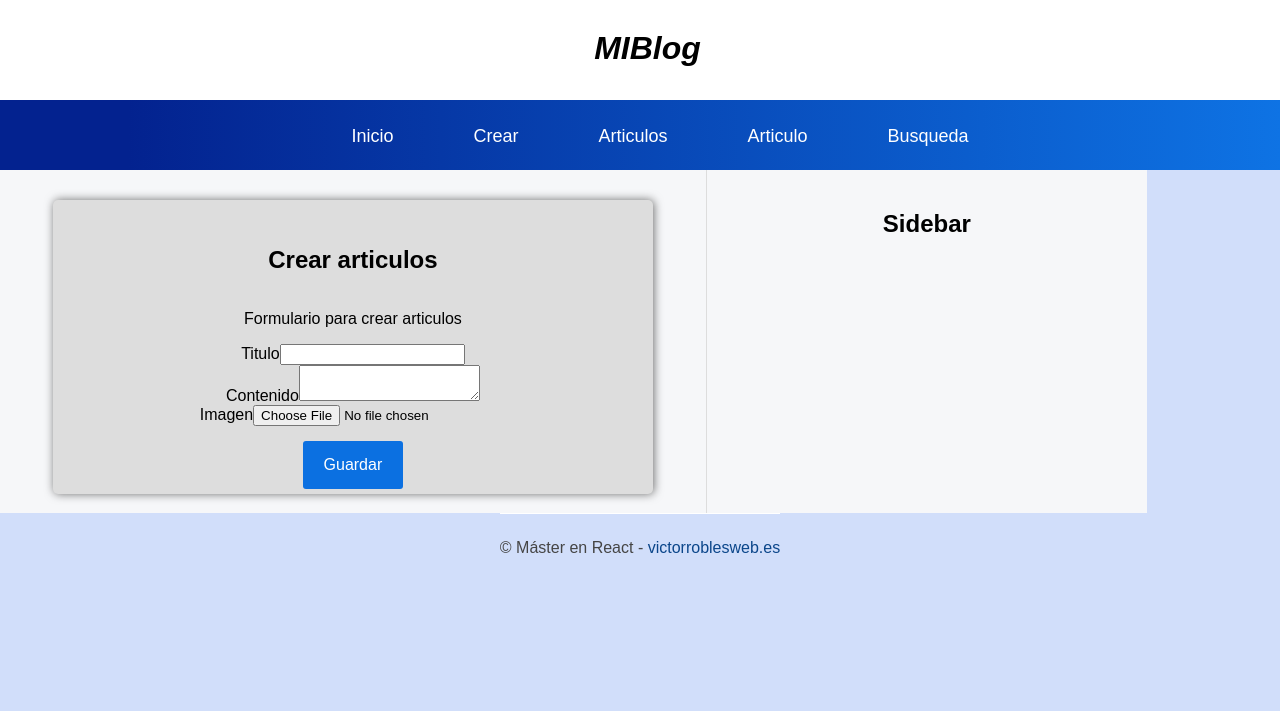
Repository: DamianBermudez94/frondEnd-blog
Page: /crear
The author's editor kept a copy of each file at every save. The page is drawn from the files as they stood at one save, then again after the next save.
The browser window is 1280 px wide. The pictures show the whole page.
The project was rebuilt for these pictures with package versions that can differ from the ones it lists, and the page was loaded fresh each time. Also part of the build but not shown: vite.config.js, src/components/pages/Inicio.jsx, src/components/pages/Busqueda.jsx, src/helper/Global.jsx, src/helper/Peticion.jsx, src/components/pages/Listado.jsx, src/components/pages/Articulos.jsx, src/components/pages/Articulo.jsx.

Above is the page before, as saved 2023-08-14 19:17:49.

After the next save:
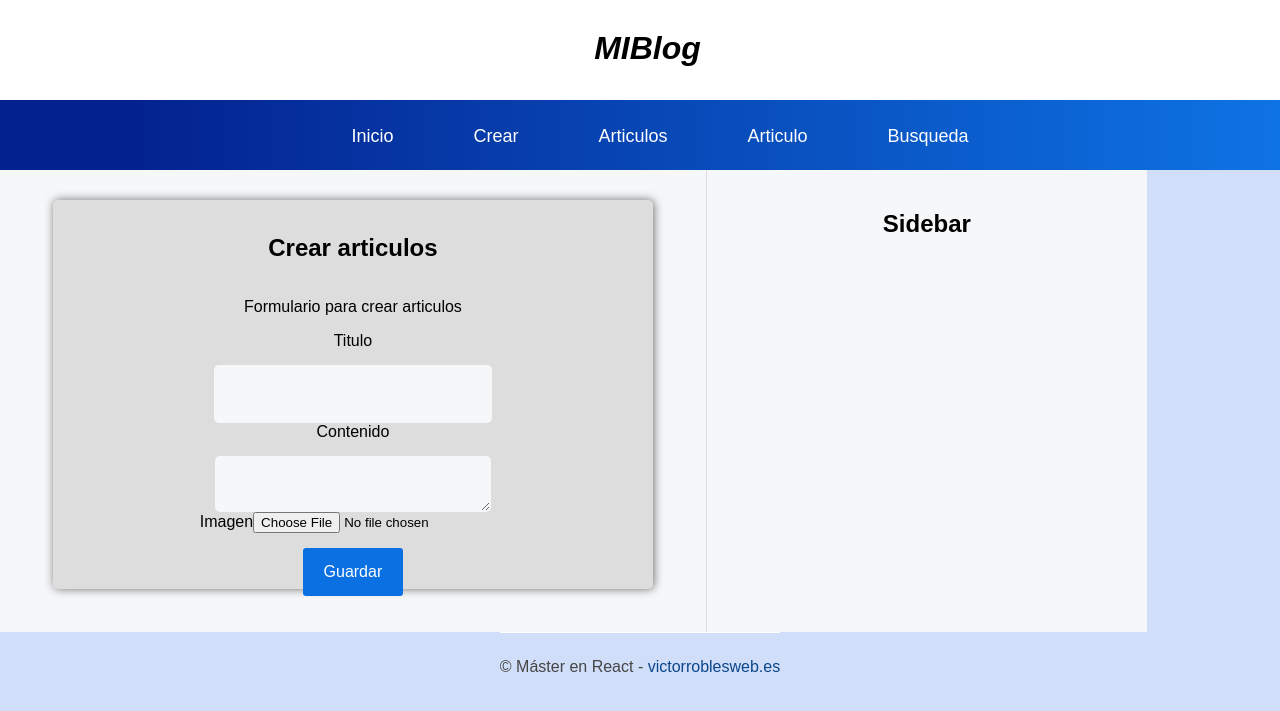
Saved 109 s later.
--- a/src/index.css
+++ b/src/index.css
@@ -250,12 +250,12 @@ input[type="button"]{
   box-shadow: 0px 0px 6px #ddd;
 }
 
-.lateral input[type="text"],
-.lateral input[type="text"],
-.lateral textarea,
-.edit_form input[type="text"],
-.edit_form input[type="text"],
-.edit_form textarea
+input[type="text"],
+input[type="text"],
+textarea,
+input[type="text"],
+input[type="text"],
+textarea
 {
   display: block;
   margin: 0 auto;
